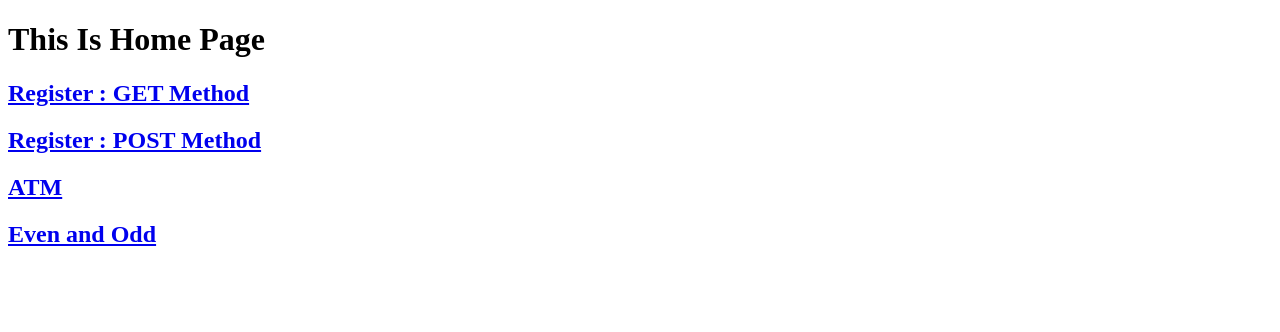
Repository: Pradeep4802/utopiatech
Page: eclipse-workspace/DevelearnUSerManagement/src/main/webapp/index.html
An editor plug-in stored every save of this project. The page is shown before and after the next save, followed by the edit.
The browser window is 1280 px wide. The pictures show the whole page.

Above is the page before, as saved 2023-10-11 07:54:08.

After the next save:
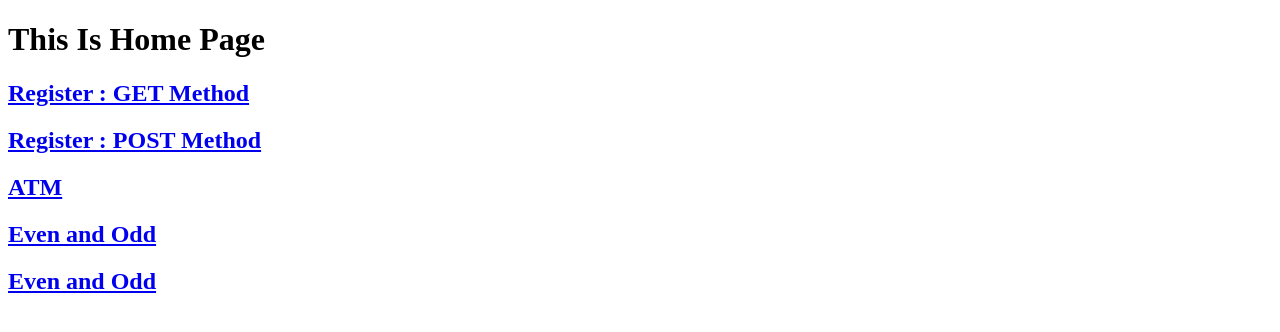
Saved 23 s later.
--- a/eclipse-workspace/DevelearnUSerManagement/src/main/webapp/index.html
+++ b/eclipse-workspace/DevelearnUSerManagement/src/main/webapp/index.html
@@ -11,6 +11,7 @@
 	<h2><a href="register1.html">Register : POST Method</a></h2>
 	<h2><a href="ATM.html">ATM</a></h2>
 	<h2><a href="Program.jsp">Even and Odd</a></h2>
+	<h2><a href="Registration.jsp">Even and Odd</a></h2>
 
 </body>
 </html>
